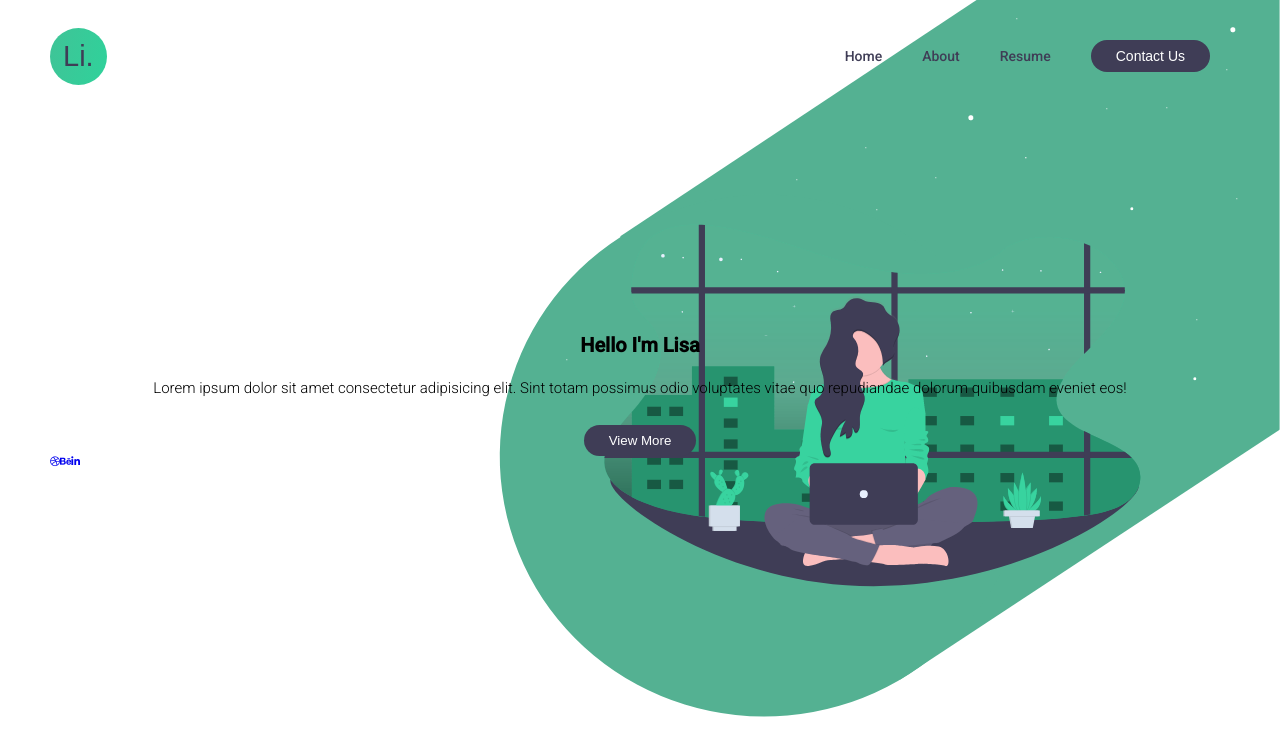
Repository: kebinh1235/porfolio-demo
Page: index.html
These files come from the project's save history. The page is drawn as it stood at one moment and after the next save; the edit follows.
The browser window is 1280 px wide. The pictures show the whole page.
Some web libraries are served in a nearby version.

Above is the page before, as saved 2021-10-20 15:45:17.

After the next save:
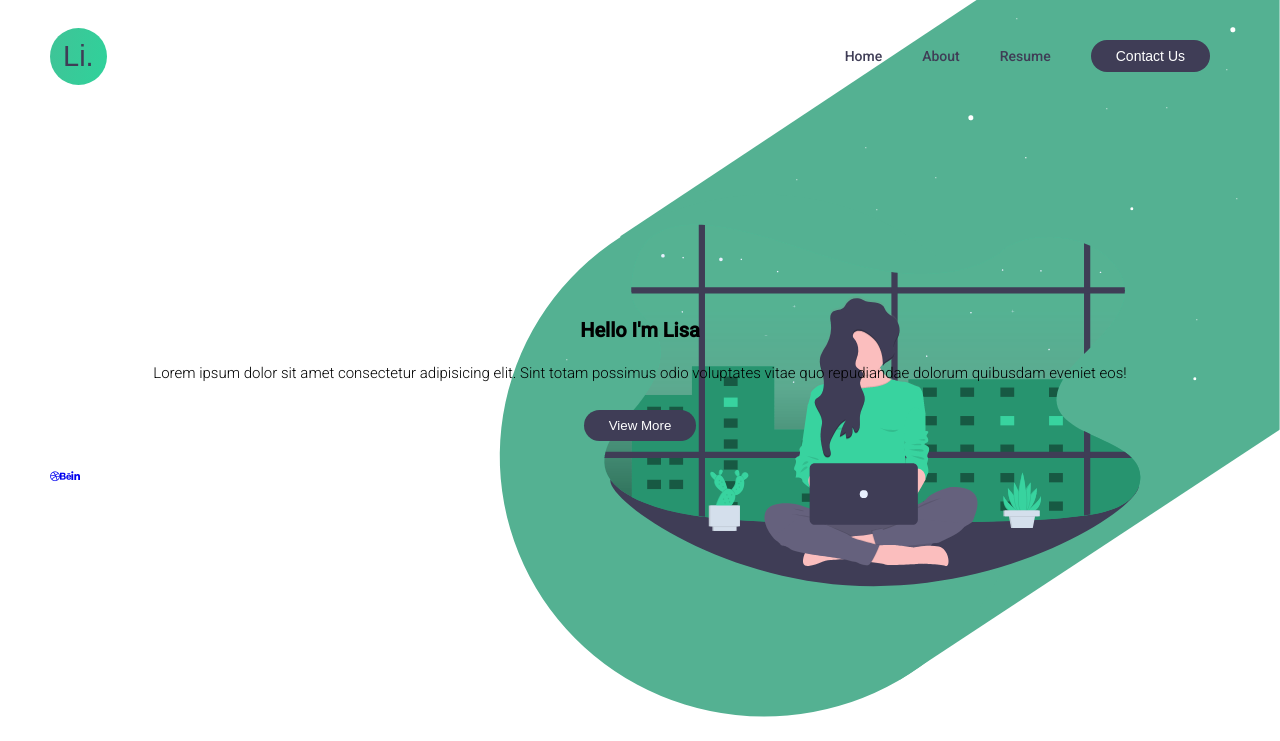
Saved 7 s later.
--- a/css/style.css
+++ b/css/style.css
@@ -173,6 +173,7 @@ header {
 .banner__social {
   display: flex;
   align-items: center;
+  margin-top: 3em;
 }
 
 @media screen and (min-width: 992px) {
